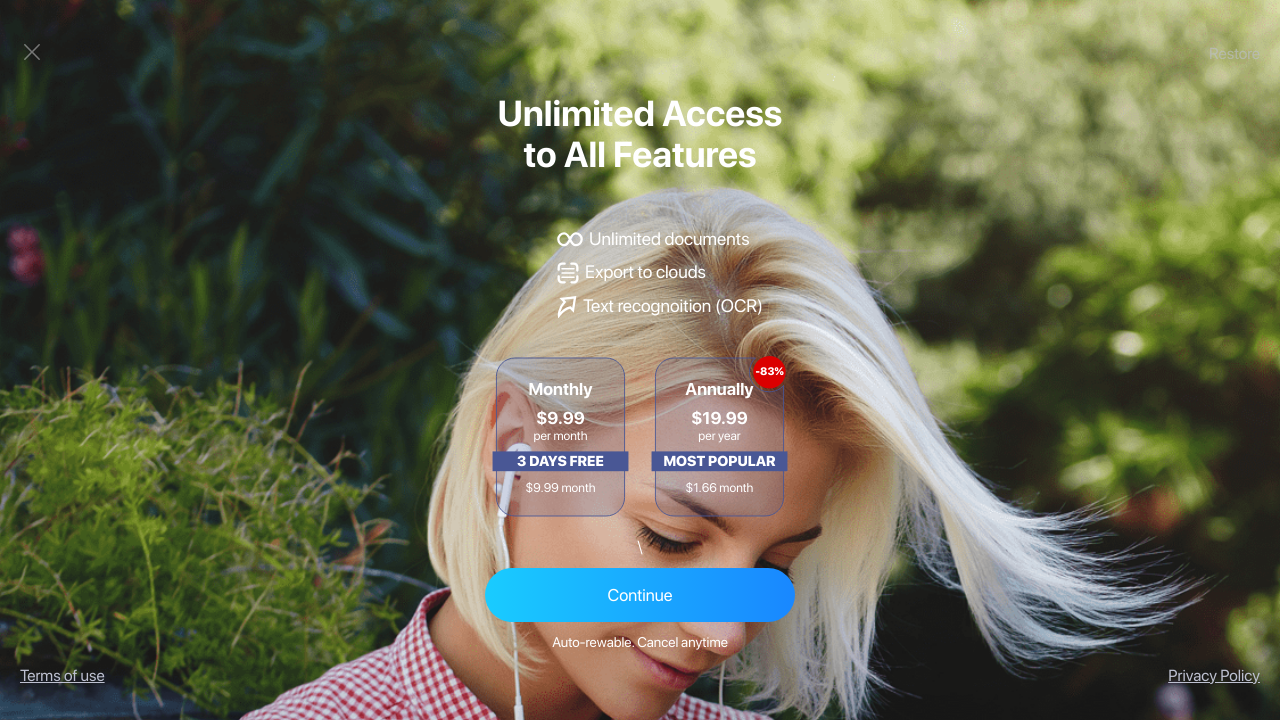
Repository: Ivan0195/bp-banner
Page: /
These files come from the project's save history. The page is drawn as it stood at one moment and after a run of saves; the edit follows.
The browser window is 1280 px wide. The pictures show the whole page.
The project was rebuilt for these pictures with package versions that can differ from the ones it lists, and the page was loaded fresh each time. Also part of the build but not shown: webpack.config.js.

Above is the page before, as saved 2023-03-17 11:14:45.

### src/index.html
<!DOCTYPE html>
<html lang="en">

<head>
  <meta charset="UTF-8">
  <meta http-equiv="X-UA-Compatible" content="IE=edge">
  <meta name="viewport" content="width=device-width, initial-scale=1.0">
  <link rel="icon" href="img/favicon.png" type="image/png">
  <title>BP-mobile</title>
</head>

<body>


  <header>
    <a href="#"><img src="/src/img/close.svg" alt="close"></a>
    <a href="#" class="restore">Restore</a>
  </header>


  <main>

    <h1 class="titleText">Unlimited Access to All Features</h1>

    <ul>
      <li>
        <img src="/src/img/unlimitedDocs.svg"/>
        Unlimited documents
      </li>
      <li><img src="/src/img/noAds.svg" />Export to clouds</li>
      <li><img src="/src/img/export.svg" />Text recognoition (OCR)</li>
    </ul>

    <div class="subscriptionsBlock">

      <div id="month" class="subscriptionMonthlyBlock">
        <span class="title">Monthly</span>
        <div class="subscriptionPriceBlock">
          <span class="bigPrice">$9.99</span>
          <span class="smallText">per month</span>
        </div>
        <span class="promotionLine">3 days free</span>
        <span class="smallText">$9.99 month</span>
      </div>

      <div id="year" class="subscriptionAnnualyBlock">
        <div class="discountTag">-83%</div>
        <span class="title">Annually</span>
        <div class="subscriptionPriceBlock">
          <span class="bigPrice">$19.99</span>
          <span class="smallText">per year</span>
        </div>
        <span class="promotionLine">most popular</span>
        <span class="smallText">$1.66 month</span>
      </div>

    </div>
\
      <a id="button" class="continueButton">Continue</a>
      <span class="smallText">Auto-rewable. Cancel anytime</span>
  </main>


  <footer>
    <a href='#'>Terms of use</a>
    <a href='#'>Privacy Policy</a>
  </footer>


</body>
</html>

### src/index.js
import './index.html';
import './index.scss';

const month = document.getElementById('month');
const year = document.getElementById('year');
const button = document.getElementById('button');

const onElementSelect = (element, target, link) => {
    element.style.scale = 0.9;
    element.style.opacity = 0.5;
    target.style.scale = 1;
    target.style.opacity = 1;
    button.href = link;
}

month.onclick = () => onElementSelect(year, month, 'https://apple.com/');
year.onclick = () => onElementSelect(month, year, 'https://google.com/ ');

### src/style/_fonts.scss
@font-face {
  font-family: 'SFPro';
  src: url('../fonts/SFProDisplay-Regular.woff2') format('woff2'),
    url('../fonts/SFProDisplay-Regular.woff') format('woff');
}

@font-face {
  font-family: 'SFPro-Bold';
    src: url('../fonts/SFProDisplay-Bold.woff2') format('woff2'),
      url('../fonts/SFProDisplay-Bold.woff') format('woff');
  }

  @font-face {
    font-family: 'SFPro-Heavy';
    src: url('../fonts/SFProDisplay-Heavy.woff2') format('woff2'),
      url('../fonts/SFProDisplay-Heavy.woff') format('woff');
  }

### src/style/_var.scss
$textPrimary: #FFFFFF;
$textSecondary: #BDC0D0;
@mixin FlexCenter {
    display: flex;
    align-items: center;
    justify-content: center;
}

### src/style/_style.scss
body {
  font-family: 'SFPro';
  color: $textPrimary;
  background-image: url("/src/img/background-image.png");
  background-size: cover;
  padding: 40px 20px;
  display: flex;
  flex-direction: column;
  align-items: center;
  justify-content: space-between;
  box-sizing: border-box;
  height: 100vh;
}

header {
  @include FlexCenter;
  justify-content: space-between;
  width: 100%;
}

main {
  @include FlexCenter;
  flex-direction: column;
  justify-content: flex-end;
  height: 100%;
  row-gap: 12px;
  padding-bottom: 16px;
}

ul {
  list-style-type: none;
  font-size: 18px;
  display: flex;
  flex-direction: column;
  row-gap: 12px;
}

li {
  display: flex;
  column-gap: 6px;
}

footer {
  width: 100%;
  @include FlexCenter;
  justify-content: space-between;
  color: $textSecondary;
  text-decoration: underline;
}

a {
  text-decoration: none;
  color: $textSecondary;
}

a:visited {
  text-decoration: none;
  color: $textSecondary;
}

.restore {
opacity: 0.6;
}

.titleText {
  width: 286px;
  text-align: center;
  font-family: 'SFPro-Bold';
  font-size: 36px;
}

.subscriptionsBlock {
  @include FlexCenter;
  column-gap: 8px;
}

.subscriptionMonthlyBlock {
  @include FlexCenter;
  flex-direction: column;
  row-gap: 10px;
  background-image: url('/src/img/shape-1.svg');
  height: 178px;
  width: 151px;
  background-size: contain;
  background-repeat: no-repeat;
  background-position: top;
  scale: 0.9;
  transition: all .5s
}

.subscriptionAnnualyBlock {
  position: relative;
  @extend .subscriptionMonthlyBlock;
  background-image: url('/src/img/shape-2.svg');
}

.subscriptionPriceBlock {
  @include FlexCenter;
  flex-direction: column;
}

.title {
  font-family: 'SFPro-bold';
    font-size: 19px;
}

.bigPrice {
  font-family: 'SFPro-bold';
  font-size: 19px;
}

.promotionLine {
  @include FlexCenter;
  background-color: #495795;
  width: 100%;
  text-align: center;
  font-family: 'SFPro-Heavy';
  text-transform: uppercase;
  height: 22px;
}

.smallText {
  font-size: 14px
}

.discountTag {
  @include FlexCenter;
  height: 36px;
  width: 36px;
  border-radius: 50%;
  background-color: #DB0000;
  position: absolute;
  font-family: 'SFPro-Heavy';
  font-size: 12px;
  top: -1px;
  right: 2px;
}

.continueButton {
  @include FlexCenter;
  width: 100%;
  background: linear-gradient(270deg, #1987FF 0%, #19CCFF 100%);
  border: none;
  height: 54px;
  border-radius: 27px;
  font-family: 'SFPro';
  font-size: 17px;
  color: $textPrimary
}

Loaded but not shown: src/index.scss (common file)

After the next 6 saves:
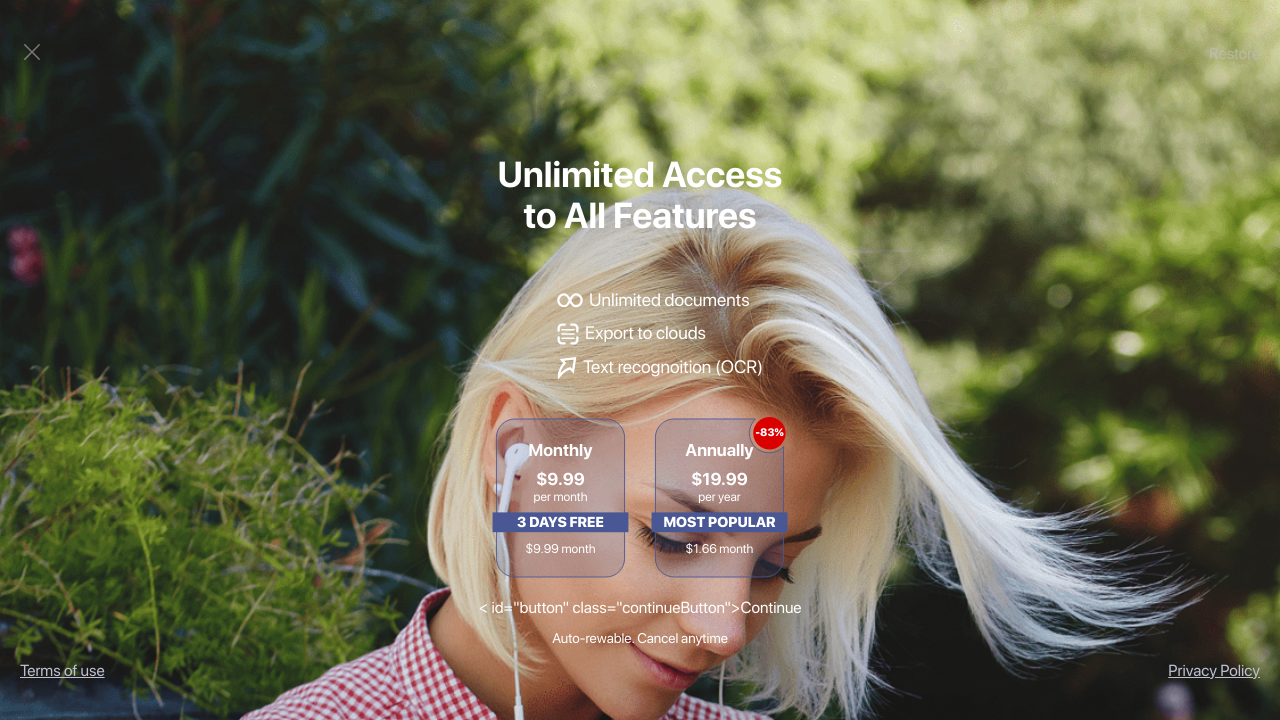
The 6 saves are shown as one change because they came seconds apart.
The last was saved 17 s later.
--- a/src/index.html
+++ b/src/index.html
@@ -55,8 +55,10 @@
       </div>
 
     </div>
-\
-      <a id="button" class="continueButton">Continue</a>
+
+    <form>
+      < id="button" class="continueButton">Continue</>
+    </form>
       <span class="smallText">Auto-rewable. Cancel anytime</span>
   </main>
 
